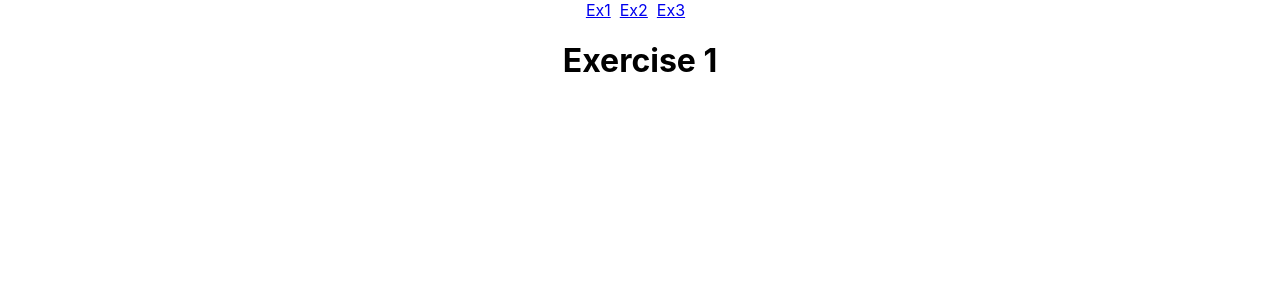
Repository: MukHansen/ReactUge
Page: / (app in monday_exercises/)
These files come from the project's save history. The page is drawn as it stood at one moment and after the next save; the edit follows.
The browser window is 1280 px wide. The pictures show the whole page.
The project was rebuilt for these pictures with package versions that can differ from the ones it lists, and the page was loaded fresh each time. Also part of the build but not shown: monday_exercises/src/App2.js, monday_exercises/src/App3.js.

Above is the page before, as saved 2019-10-28 15:08:42.

After the next save:
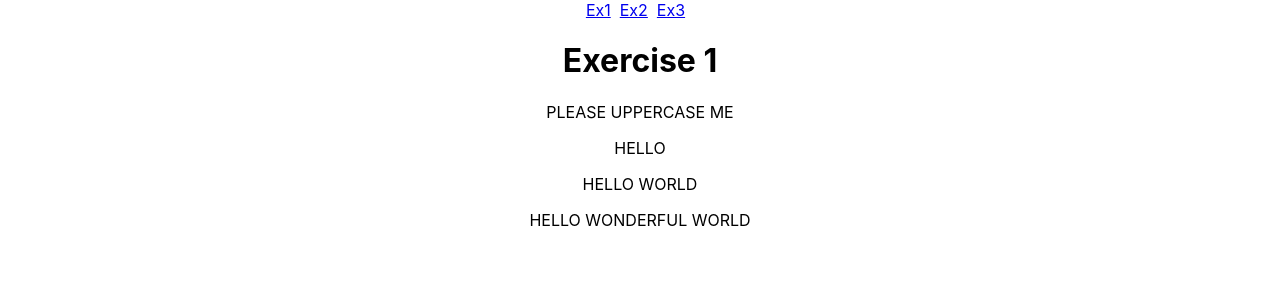
Saved 3 min 11 s later.
--- a/monday_exercises/src/App.js
+++ b/monday_exercises/src/App.js
@@ -6,6 +6,10 @@ function App() {
   return (
     <div className="App">
       <h1>Exercise 1</h1>
+      <p>{upper("please uppercase me")}</p>
+      <p>{upper(text1)}</p>
+      <p>{upper(text2)}</p>
+      <p>{upper(text3)}</p>
     </div>
   );
 }
